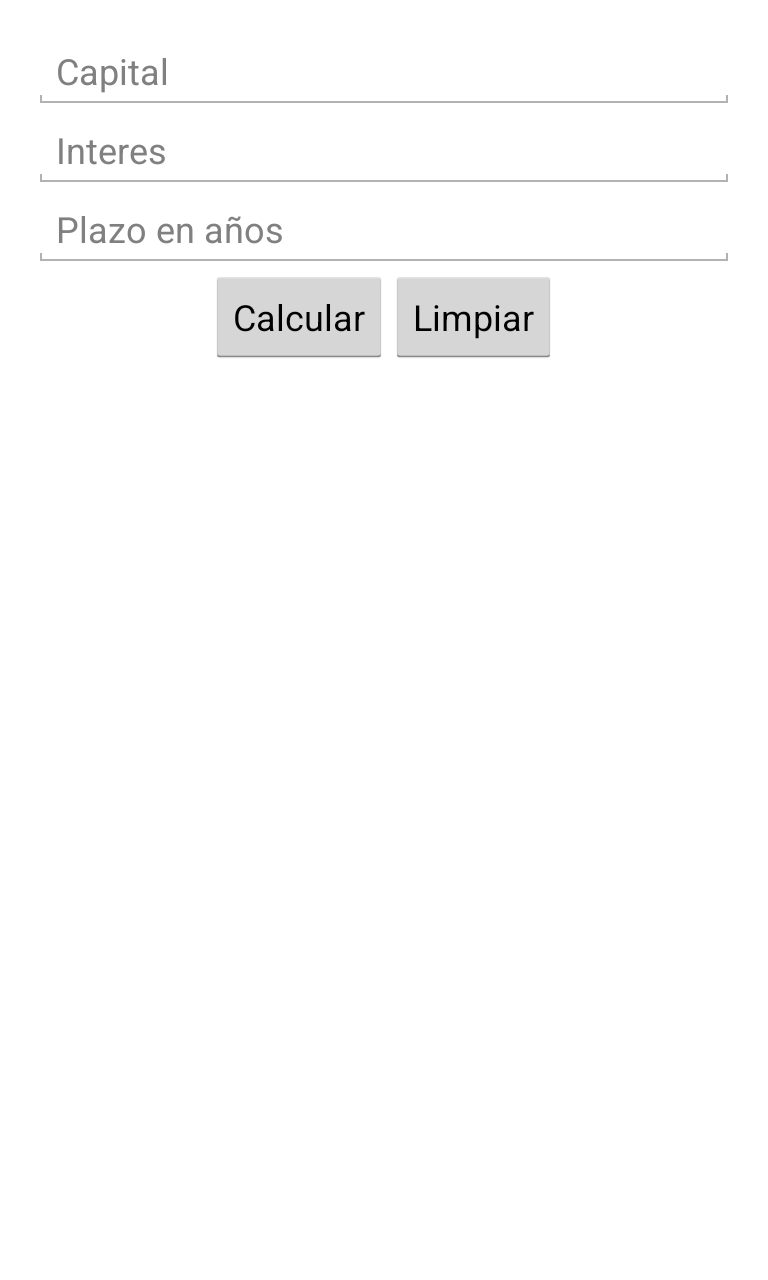
Repository: fabriciobeltrand25/ECLIPSE_ANDROID_JAVA
Layout: AppPrestamo/res/layout/activity_main.xml
These files come from the project's save history. The layout is drawn as it stood at one moment and after the next save; the edit follows.
It is drawn on a 768 x 1280 px phone screen (xhdpi) without system bars, with theme AppTheme; the app's code is not run.

Above is the layout before, as saved 2026-06-10 02:06:36.

### AppPrestamo/res/layout/activity_main.xml
<?xml version="1.0" encoding="utf-8"?>
<LinearLayout xmlns:android="http://schemas.android.com/apk/res/android"
    android:layout_width="match_parent"
    android:layout_height="match_parent"
    android:orientation="vertical"
    android:padding="16dp">

    <EditText
        android:id="@+id/etCapital"
        android:layout_width="match_parent"
        android:layout_height="wrap_content"
        android:hint="Capital"
        android:inputType="numberDecimal"/>

    <EditText
        android:id="@+id/etInteres"
        android:layout_width="match_parent"
        android:layout_height="wrap_content"
        android:hint="Interes"
        android:inputType="number"/>

    <EditText android:id="@+id/etPlazo"
        android:layout_width="match_parent"
        android:layout_height="wrap_content"
        android:hint="Plazo en años"
        android:inputType="number"/>

    <LinearLayout android:layout_width="match_parent"
        android:layout_height="wrap_content"
        android:orientation="horizontal"
        android:gravity="center">

        <Button
             android:id="@+id/btnCalcular"
             android:layout_width="wrap_content"
             android:layout_height="wrap_content"
             android:text="Calcular"/>

        <Button
            android:id="@+id/btnLimpiar"
            android:layout_width="wrap_content"
            android:layout_height="wrap_content"
            android:text="Limpiar"/>
    </LinearLayout>


</LinearLayout>

Loaded but not shown: AppPrestamo/res/values/styles.xml (common file); AppPrestamo/res/values-v11/styles.xml (common file); AppPrestamo/res/values-v14/styles.xml (common file)

After the next save:
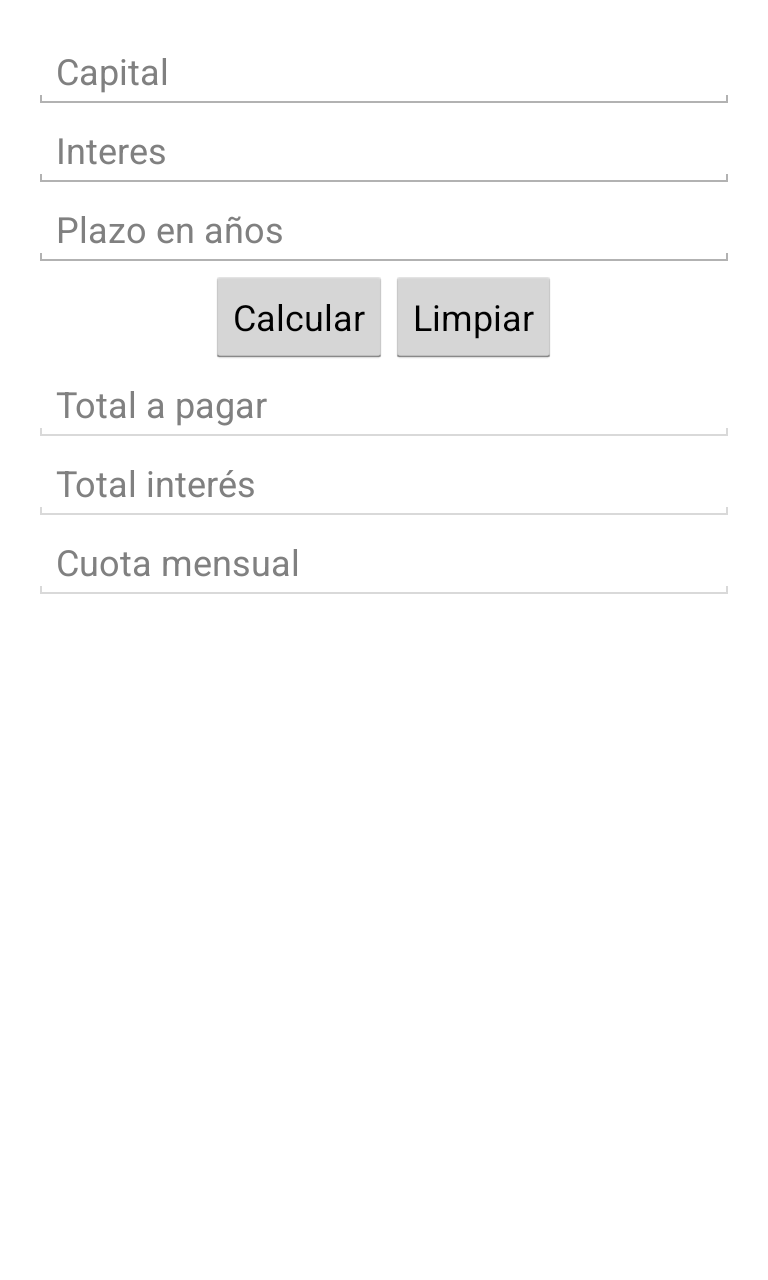
Saved 2 min 6 s later.
--- a/AppPrestamo/res/layout/activity_main.xml
+++ b/AppPrestamo/res/layout/activity_main.xml
@@ -43,5 +43,22 @@
             android:text="Limpiar"/>
     </LinearLayout>
 
+    <EditText android:id="@+id/etTotalPagar"
+        android:layout_width="match_parent"
+         android:layout_height="wrap_content"
+          android:hint="Total a pagar"
+          android:enabled="false"/>
+
+    <EditText android:id="@+id/etTotalInteres"
+        android:layout_width="match_parent"
+        android:layout_height="wrap_content"
+        android:hint="Total interés"
+        android:enabled="false"/>
+
+    <EditText android:id="@+id/etCuotaMensual"
+         android:layout_width="match_parent"
+         android:layout_height="wrap_content"
+         android:hint="Cuota mensual"
+         android:enabled="false"/>
 
 </LinearLayout>
